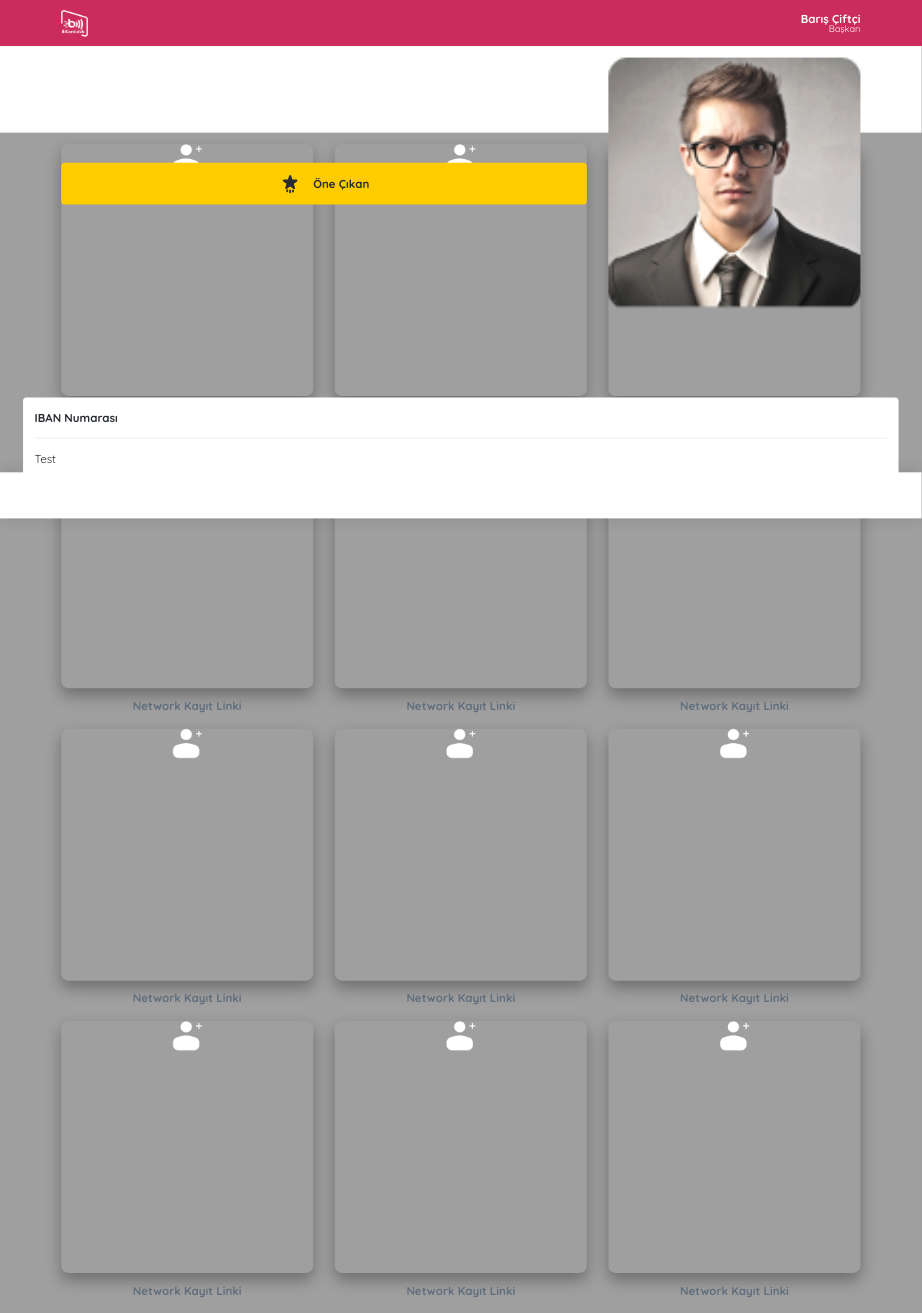
Repository: KayahanKahriman/bicard
Page: index.html
An editor plug-in stored every save of this project. The page is shown before and after the next save, followed by the edit.
The browser window is 1280 px wide. The pictures show the whole page, at 72% of full size.
After loading, the first visible `.icon-grid-item-icon > a` was clicked once.
The style sheet was rebuilt from its Sass, Less or Tailwind sources for each picture, by a compiler version that may differ from the author's.

Above is the page before, as saved 2021-12-01 17:14:04.

### index.html
<!doctype html>
<html>

<head>
    <meta name="viewport" content="width=device-width, initial-scale=1, maximum-scale=1, user-scalable=no">
    <meta charset="utf-8" />
    <title>Title</title>
    <link rel="preconnect" href="https://fonts.googleapis.com">
    <link rel="preconnect" href="https://fonts.gstatic.com" crossorigin>
    <link href="https://fonts.googleapis.com/css2?family=Quicksand:wght@400;500;700&display=swap" rel="stylesheet">
    <link href="./assets/css/style.css" type="text/css" rel="stylesheet" />
</head>

<body>
    <header id="app-bar">
        <div class="container h-100">
            <div class="row h-100 align-items-center justify-content-between">
                <div class="col-1">
                    <img src="./assets/images/logo.png" alt="">
                </div>
                <div class="col-11">
                    <div id="app-bar-right">
                        <p id="person-name">Barış Çiftçi</p>
                        <p id="person-title">Başkan</p>
                    </div>
                </div>
            </div>
        </div>
    </header>

    <section id="profile" class="py-3">
        <div class="container">
            <div class="row align-items-center justify-content-center text-center">
                <div class="col-8">
                    <a href="#" class="button jumbo-button button-has-icon"><img src="./assets/images/ranking.svg" alt="">Öne Çıkan</a>
                </div>
                <div class="col-4">
                    <img class="img-contain" src="./assets/images/avatar.png" alt="">
                </div>
            </div>
        </div>
    </section>

    <section id="icon-grid" class="py-3">
        <div class="container">
            <div class="row">
                <div class="col-4 mb-4">
                    <div class="icon-grid-item">
                        <div class="icon-grid-item-icon">
                            <a data-fancybox href="#test">
                                <img src="./assets/images/user-add.png" alt="">
                            </a>
                        </div>
                        <div class="icon-grid-item-title">
                            Network Kayıt Linki
                        </div>
                    </div>
                </div>
                <div class="col-4 mb-4">
                    <div class="icon-grid-item">
                        <div class="icon-grid-item-icon">
                            <a href="#">
                                <img src="./assets/images/user-add.png" alt="">
                            </a>
                        </div>
                        <div class="icon-grid-item-title">
                            Network Kayıt Linki
                        </div>
                    </div>
                </div>
                <div class="col-4 mb-4">
                    <div class="icon-grid-item">
                        <div class="icon-grid-item-icon">
                            <a href="#">
                                <img src="./assets/images/user-add.png" alt="">
                            </a>
                        </div>
                        <div class="icon-grid-item-title">
                            Network Kayıt Linki
                        </div>
                    </div>
                </div>
                <div class="col-4 mb-4">
                    <div class="icon-grid-item">
                        <div class="icon-grid-item-icon">
                            <a href="#">
                                <img src="./assets/images/user-add.png" alt="">
                            </a>
                        </div>
                        <div class="icon-grid-item-title">
                            Network Kayıt Linki
                        </div>
                    </div>
                </div>
                <div class="col-4 mb-4">
                    <div class="icon-grid-item">
                        <div class="icon-grid-item-icon">
                            <a href="#">
                                <img src="./assets/images/user-add.png" alt="">
                            </a>
                        </div>
                        <div class="icon-grid-item-title">
                            Network Kayıt Linki
                        </div>
                    </div>
                </div>
                <div class="col-4 mb-4">
                    <div class="icon-grid-item">
                        <div class="icon-grid-item-icon">
                            <a href="#">
                                <img src="./assets/images/user-add.png" alt="">
                            </a>
                        </div>
                        <div class="icon-grid-item-title">
                            Network Kayıt Linki
                        </div>
                    </div>
                </div>
                <div class="col-4 mb-4">
                    <div class="icon-grid-item">
                        <div class="icon-grid-item-icon">
                            <a href="#">
                                <img src="./assets/images/user-add.png" alt="">
                            </a>
                        </div>
                        <div class="icon-grid-item-title">
                            Network Kayıt Linki
                        </div>
                    </div>
                </div>
                <div class="col-4 mb-4">
                    <div class="icon-grid-item">
                        <div class="icon-grid-item-icon">
                            <a href="#">
                                <img src="./assets/images/user-add.png" alt="">
                            </a>
                        </div>
                        <div class="icon-grid-item-title">
                            Network Kayıt Linki
                        </div>
                    </div>
                </div>
                <div class="col-4 mb-4">
                    <div class="icon-grid-item">
                        <div class="icon-grid-item-icon">
                            <a href="#">
                                <img src="./assets/images/user-add.png" alt="">
                            </a>
                        </div>
                        <div class="icon-grid-item-title">
                            Network Kayıt Linki
                        </div>
                    </div>
                </div>
                <div class="col-4 mb-4">
                    <div class="icon-grid-item">
                        <div class="icon-grid-item-icon">
                            <a href="#">
                                <img src="./assets/images/user-add.png" alt="">
                            </a>
                        </div>
                        <div class="icon-grid-item-title">
                            Network Kayıt Linki
                        </div>
                    </div>
                </div>
                <div class="col-4 mb-4">
                    <div class="icon-grid-item">
                        <div class="icon-grid-item-icon">
                            <a href="#">
                                <img src="./assets/images/user-add.png" alt="">
                            </a>
                        </div>
                        <div class="icon-grid-item-title">
                            Network Kayıt Linki
                        </div>
                    </div>
                </div>
                <div class="col-4 mb-4">
                    <div class="icon-grid-item">
                        <div class="icon-grid-item-icon">
                            <a href="#">
                                <img src="./assets/images/user-add.png" alt="">
                            </a>
                        </div>
                        <div class="icon-grid-item-title">
                            Network Kayıt Linki
                        </div>
                    </div>
                </div>
            </div>
        </div>
    </section>

    <section id="fixed-buttons">
        <a class="button primary-button" href="#">Rehbere Ekle</a>
        <a class="button dark-button" href="#">Ben de İstiyorum!</a>
    </section>

    <section id="inline-content" class="hide-content">
        <div id="modal-title">
            <strong>IBAN Numarası</strong>
        </div>
        <div id="modal-content">
            Test
        </div>
    </section>

    <script src="https://unpkg.com/swiper/swiper-bundle.min.js"></script>
    <script type="text/javascript" src="assets/js/index.js"></script>
</body>

</html>

### assets/scss/style.scss
@import "main";

#app-bar {
  background-color: var(--primary-color);
  height: var(--app-bar-height);
  width: 100%;
  color: white;
  position: fixed;
  top: 0;
  left: 0;
  z-index: 3;

  #person-name,
  #person-title {
    line-height: 1;
    text-align: right;
    margin-bottom: 0;
  }

  #person-name {
    font-weight: 600;
  }

  #person-title {
    font-size: 0.8em;
  }
}

#profile {
  background-color: white;
  position: relative;
  top: var(--app-bar-height);
  position: sticky;
  width: 100%;
  height: var(--profile-height);
  border-bottom: 1px solid var(--border-color);
  z-index: 3;
}

#icon-grid {
  position: relative;
  top: var(--app-bar-height);
  height: calc(
    100vh - var(--app-bar-height) + var(--fixed-buttons-height) +
      var(--app-bar-height)
  );
}

#fixed-buttons {
  bottom: 0;
  left: 0;
  width: 100%;
  position: fixed;
  background-color: white;
  height: var(--fixed-buttons-height);
  z-index: 3;
  box-shadow: 0 0 20px #00000020;
  display: flex;
  align-items: center;
  justify-content: center;
  column-gap: 2em;
}

#inline-content {
  position: fixed;
  bottom: 0.5em;
  width: 95%;
  left: 50%;
  transform: translateX(-50%);
  border-radius: 5px;
  background-color: white;
  padding: 1em;
  height: 10em;
  z-index: 5;
  transition: all 0.3s ease-in-out;

  #modal-title {
    border-bottom: 1px solid var(--border-color);
    padding-bottom: 1em;
  }
  #modal-content {
    padding: 1em 0;
  }
}

/*------------------------------------*\
    RESPONSIVE
\*------------------------------------*/

@media only screen and (min-width: 320px) {
}

@media only screen and (min-width: 480px) {
}

@media only screen and (min-width: 768px) {
}

@media only screen and (min-width: 1024px) {
}

@media only screen and (min-width: 1140px) {
}

@media only screen and (min-width: 1280px) {
}

@media only screen and (-webkit-min-device-pixel-ratio: 1.5),
  only screen and (min-resolution: 144dpi) {
}

### assets/scss/_main.scss
@import "./flex-grid/flexgrid";
@import "vars";
@import "https://unpkg.com/swiper/swiper-bundle.min.css";

*,
*:after,
*:before {
  margin: 0;
  padding: 0;
  -webkit-font-smoothing: antialiased;
  text-rendering: optimizeLegibility;
}

.row-no-padding {
  margin-left: 0;
  margin-right: 0;

  [class*="col-"] {
    padding-left: 0 !important;
    padding-right: 0 !important;
  }
}

a {
  color: var(--link-color);
  text-decoration: none;
}

a:hover,
a:focus,
a:active {
  text-decoration: none;
  outline: none;
}

html,
body {
  height: 100%;
  min-height: 100%;
}

body {
  font-size: 16px;
  color: var(--text-color);
  font-family: var(--primary-font);
  font-weight: 400;
}

.button {
  border-radius: 5px;
  padding: 0.5em 0.6em;
  font-weight: 600;
  transition: all 0.3s ease-in-out;

  &:hover {
    color: var(--text-color);
  }
}

.primary-button {
  background-color: var(--primary-color);
  color: white;
  transition: all 0.3s ease-in-out;

  &:hover {
    background-color: var(--primary-font);
  }
}

.dark-button {
  background: var(--dark-color);
  color: white;
  transition: all 0.3s ease-in-out;

  &:hover {
    background-color: white;
  }
}

.jumbo-button {
  background-color: var(--secondary-color);
  font-weight: 600;
  padding: 0.8em 2em;

  &:hover {
    background-color: var(--darker-secondary-color);
  }
}

.button-has-icon {
  display: flex;
  align-items: center;
  justify-content: center;
  column-gap: 1em;

  img,
  svg {
    width: 2em;
    height: 2em;
    object-position: center;
    object-fit: contain;
  }
}

.img-contain {
  width: 100%;
  height: 100%;
  object-fit: contain;
  object-position: center center;
}

.icon-grid-item {
  display: flex;
  flex-direction: column;
  text-align: center;
  font-weight: 600;
  gap: 1em;

  .icon-grid-item-icon {
    border-radius: 10px;
    box-shadow: 0 10px 20px #00000050;
    width: 100%;
    display: flex;
    justify-content: center;
    align-items: center;
    aspect-ratio: 1 / 1;
    a {
      display: block;
      width: 100%;
      height: 100%;
      position: absolute;
      top: 0;
      left: 0;
    }
  }

  .icon-grid-item-title {
    line-height: 1;
    color: var(--alt-text-color);
  }
}

.hide-content {
  background-color: red !important;
  transform: translateX(-50%) translate3d(0, 20em, 0) !important;
}

.body-overlay {
  overflow: hidden;
  position: fixed;
  top: 0;
  left: 0;
  width: 100%;
  height: 100%;
  content: "";
  width: 100%;
  height: 100%;
  position: absolute;
  top: 0;
  left: 0;
  z-index: 4;
  background: #00000060;
}

### assets/scss/flex-grid/_flexgrid.scss
@import "functions";
@import "variables";
@import "mixins";
@import "reboot";
@import "utilities";
@import "grid";

### assets/scss/flex-grid/_mixins.scss
// Toggles
//
// Used in conjunction with global variables to enable certain theme features.

// Vendor
@import "vendor/rfs";


// Utilities
@import "mixins/breakpoints";
@import "mixins/image";
@import "mixins/hover";
@import "mixins/deprecate";
@import "mixins/text-hide";
@import "mixins/text-truncate";
@import "mixins/text-emphasis";
@import "mixins/size";


// // Layout
@import "mixins/clearfix";
@import "mixins/grid-framework";
@import "mixins/grid";
@import "mixins/float";

### assets/scss/flex-grid/mixins/_image.scss
// Image Mixins
// - Responsive image
// - Retina image


// Responsive image
//
// Keep images from scaling beyond the width of their parents.

@mixin img-fluid {
  // Part 1: Set a maximum relative to the parent
  max-width: 100%;
  // Part 2: Override the height to auto, otherwise images will be stretched
  // when setting a width and height attribute on the img element.
  height: auto;
}


// Retina image
//
// Short retina mixin for setting background-image and -size.

@mixin img-retina($file-1x, $file-2x, $width-1x, $height-1x) {
  background-image: url($file-1x);

  // Autoprefixer takes care of adding -webkit-min-device-pixel-ratio and -o-min-device-pixel-ratio,
  // but doesn't convert dppx=>dpi.
  // There's no such thing as unprefixed min-device-pixel-ratio since it's nonstandard.
  // Compatibility info: https://caniuse.com/#feat=css-media-resolution
  @media only screen and (min-resolution: 192dpi), // IE9-11 don't support dppx
    only screen and (min-resolution: 2dppx) { // Standardized
    background-image: url($file-2x);
    background-size: $width-1x $height-1x;
  }
  @include deprecate("`img-retina()`", "v4.3.0", "v5");
}

### assets/scss/flex-grid/mixins/_hover.scss
// Hover mixin and `$enable-hover-media-query` are deprecated.
//
// Originally added during our alphas and maintained during betas, this mixin was
// designed to prevent `:hover` stickiness on iOS-an issue where hover styles
// would persist after initial touch.
//
// For backward compatibility, we've kept these mixins and updated them to
// always return their regular pseudo-classes instead of a shimmed media query.
//
// Issue: https://github.com/twbs/bootstrap/issues/25195

@mixin hover {
  &:hover { @content; }
}

@mixin hover-focus {
  &:hover,
  &:focus {
    @content;
  }
}

@mixin plain-hover-focus {
  &,
  &:hover,
  &:focus {
    @content;
  }
}

@mixin hover-focus-active {
  &:hover,
  &:focus,
  &:active {
    @content;
  }
}

### assets/scss/flex-grid/mixins/_grid-framework.scss
// Framework grid generation
//
// Used only by Bootstrap to generate the correct number of grid classes given
// any value of `$grid-columns`.

@mixin make-grid-columns($columns: $grid-columns, $gutter: $grid-gutter-width, $breakpoints: $grid-breakpoints) {
  // Common properties for all breakpoints
  %grid-column {
    position: relative;
    width: 100%;
    padding-right: $gutter / 2;
    padding-left: $gutter / 2;
  }

  @each $breakpoint in map-keys($breakpoints) {
    $infix: breakpoint-infix($breakpoint, $breakpoints);

    // Allow columns to stretch full width below their breakpoints
    @for $i from 1 through $columns {
      .col#{$infix}-#{$i} {
        @extend %grid-column;
      }
    }
    .col#{$infix},
    .col#{$infix}-auto {
      @extend %grid-column;
    }

    @include media-breakpoint-up($breakpoint, $breakpoints) {
      // Provide basic `.col-{bp}` classes for equal-width flexbox columns
      .col#{$infix} {
        flex-basis: 0;
        flex-grow: 1;
        max-width: 100%;
      }
      .col#{$infix}-auto {
        flex: 0 0 auto;
        width: auto;
        max-width: 100%; // Reset earlier grid tiers
      }

      @for $i from 1 through $columns {
        .col#{$infix}-#{$i} {
          @include make-col($i, $columns);
        }
      }

      .order#{$infix}-first { order: -1; }

      .order#{$infix}-last { order: $columns + 1; }

      @for $i from 0 through $columns {
        .order#{$infix}-#{$i} { order: $i; }
      }

      // `$columns - 1` because offsetting by the width of an entire row isn't possible
      @for $i from 0 through ($columns - 1) {
        @if not ($infix == "" and $i == 0) { // Avoid emitting useless .offset-0
          .offset#{$infix}-#{$i} {
            @include make-col-offset($i, $columns);
          }
        }
      }
    }
  }
}

### assets/scss/flex-grid/mixins/_grid.scss
/// Grid system
//
// Generate semantic grid columns with these mixins.

@mixin make-container($gutter: $grid-gutter-width) {
  width: 100%;
  padding-right: $gutter / 2;
  padding-left: $gutter / 2;
  margin-right: auto;
  margin-left: auto;
}


// For each breakpoint, define the maximum width of the container in a media query
@mixin make-container-max-widths($max-widths: $container-max-widths, $breakpoints: $grid-breakpoints) {
  @each $breakpoint, $container-max-width in $max-widths {
    @include media-breakpoint-up($breakpoint, $breakpoints) {
      max-width: $container-max-width;
    }
  }
}

@mixin make-row($gutter: $grid-gutter-width) {
  display: flex;
  flex-wrap: wrap;
  margin-right: -$gutter / 2;
  margin-left: -$gutter / 2;
}

@mixin make-col-ready($gutter: $grid-gutter-width) {
  position: relative;
  // Prevent columns from becoming too narrow when at smaller grid tiers by
  // always setting `width: 100%;`. This works because we use `flex` values
  // later on to override this initial width.
  width: 100%;
  padding-right: $gutter / 2;
  padding-left: $gutter / 2;
}

@mixin make-col($size, $columns: $grid-columns) {
  flex: 0 0 percentage($size / $columns);
  // Add a `max-width` to ensure content within each column does not blow out
  // the width of the column. Applies to IE10+ and Firefox. Chrome and Safari
  // do not appear to require this.
  max-width: percentage($size / $columns);
}

@mixin make-col-offset($size, $columns: $grid-columns) {
  $num: $size / $columns;
  margin-left: if($num == 0, 0, percentage($num));
}

### assets/scss/flex-grid/_utilities.scss
@import "utilities/align";
@import "utilities/clearfix";
@import "utilities/display";
@import "utilities/flex";
@import "utilities/float";
@import "utilities/position";
@import "utilities/text";
@import "utilities/spacing";
@import "utilities/sizing";

### assets/scss/flex-grid/utilities/_text.scss
// stylelint-disable declaration-no-important

//
// Text
//

.text-monospace { font-family: $font-family-monospace !important; }

// Alignment

.text-justify  { text-align: justify !important; }
.text-wrap     { white-space: normal !important; }
.text-nowrap   { white-space: nowrap !important; }
.text-truncate { @include text-truncate; }

// Responsive alignment

@each $breakpoint in map-keys($grid-breakpoints) {
  @include media-breakpoint-up($breakpoint) {
    $infix: breakpoint-infix($breakpoint, $grid-breakpoints);

    .text#{$infix}-left   { text-align: left !important; }
    .text#{$infix}-right  { text-align: right !important; }
    .text#{$infix}-center { text-align: center !important; }
  }
}

// Transformation

.text-lowercase  { text-transform: lowercase !important; }
.text-uppercase  { text-transform: uppercase !important; }
.text-capitalize { text-transform: capitalize !important; }

// Weight and italics

.font-weight-light   { font-weight: $font-weight-light !important; }
.font-weight-lighter { font-weight: $font-weight-lighter !important; }
.font-weight-normal  { font-weight: $font-weight-normal !important; }
.font-weight-bold    { font-weight: $font-weight-bold !important; }
.font-weight-bolder  { font-weight: $font-weight-bolder !important; }
.font-italic         { font-style: italic !important; }

// Contextual colors

.text-white { color: $white !important; }

@each $color, $value in $theme-colors {
  @include text-emphasis-variant(".text-#{$color}", $value);
}

.text-body { color: $body-color !important; }
.text-muted { color: $text-muted !important; }

.text-black-50 { color: rgba($black, .5) !important; }
.text-white-50 { color: rgba($white, .5) !important; }

// Misc

.text-hide {
  @include text-hide($ignore-warning: true);
}

.text-decoration-none { text-decoration: none !important; }

.text-break {
  word-break: break-word !important; // IE & < Edge 18
  overflow-wrap: break-word !important;
}

// Reset

.text-reset { color: inherit !important; }

### assets/scss/flex-grid/_grid.scss
// Container widths
//
// Set the container width, and override it for fixed navbars in media queries.

@if $enable-grid-classes {
  .container {
    @include make-container();
    @include make-container-max-widths();
  }
}

// Fluid container
//
// Utilizes the mixin meant for fixed width containers, but with 100% width for
// fluid, full width layouts.

@if $enable-grid-classes {
  .container-fluid {
    @include make-container();
  }
}

// Row
//
// Rows contain and clear the floats of your columns.

@if $enable-grid-classes {
  .row {
    @include make-row();
  }

  // Remove the negative margin from default .row, then the horizontal padding
  // from all immediate children columns (to prevent runaway style inheritance).
  .no-gutters {
    margin-right: 0;
    margin-left: 0;

    > .col,
    > [class*="col-"] {
      padding-right: 0;
      padding-left: 0;
    }
  }
}

// Columns
//
// Common styles for small and large grid columns

@if $enable-grid-classes {
  @include make-grid-columns();
}

### assets/scss/_vars.scss
:root {
  // Fonts
  --quicksand: "Quicksand", sans-serif;
  --primary-font: var(--quicksand);

  // Colors
  --primary-color: #cc2b5e;
  --darker-primary-color: #b12451;
  --secondary-color: #ffcc00;
  --darker-secondary-color: #d4aa00;
  --text-color: #292d32;
  --link-color: #292d32;
  --alt-text-color: #616e7d;
  --border-color: #eaeaea;
  --dark-color: #616e7d;

  // Sizes
  --app-bar-height: 4em;
  --profile-height: 7.5em;
  --fixed-buttons-height: 4em;
}

Loaded but not shown: assets/scss/flex-grid/vendor/_rfs.scss (common file); assets/scss/flex-grid/mixins/_deprecate.scss (common file); assets/scss/flex-grid/mixins/_text-hide.scss (common file); assets/scss/flex-grid/mixins/_text-truncate.scss (common file); assets/scss/flex-grid/mixins/_text-emphasis.scss (common file); assets/scss/flex-grid/mixins/_size.scss (common file); assets/scss/flex-grid/mixins/_clearfix.scss (common file); assets/scss/flex-grid/mixins/_float.scss (common file); assets/scss/flex-grid/utilities/_align.scss (common file); assets/scss/flex-grid/utilities/_clearfix.scss (common file); assets/scss/flex-grid/utilities/_display.scss (common file); assets/scss/flex-grid/utilities/_float.scss (common file); assets/scss/flex-grid/utilities/_position.scss (common file); assets/scss/flex-grid/utilities/_sizing.scss (common file); assets/js/index.js (20 lines, source omitted); assets/scss/flex-grid/_variables.scss (1123 lines, source omitted); assets/scss/flex-grid/_reboot.scss (483 lines, source omitted); assets/scss/flex-grid/mixins/_breakpoints.scss (123 lines, source omitted); assets/scss/flex-grid/utilities/_flex.scss (51 lines, source omitted); assets/scss/flex-grid/_functions.scss (86 lines, source omitted); assets/scss/flex-grid/utilities/_spacing.scss (73 lines, source omitted)

After the next save:
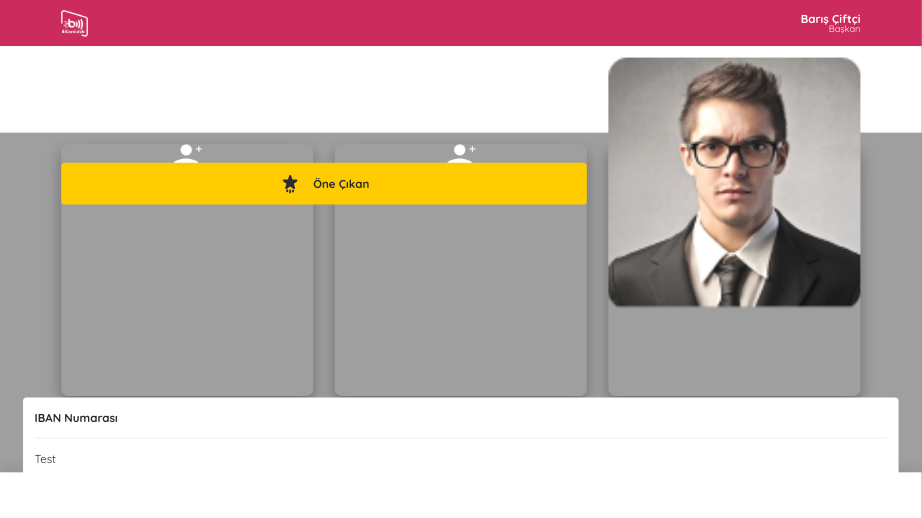
Saved 11 s later.
--- a/assets/scss/_main.scss
+++ b/assets/scss/_main.scss
@@ -152,12 +152,6 @@ body {
   left: 0;
   width: 100%;
   height: 100%;
-  content: "";
-  width: 100%;
-  height: 100%;
-  position: absolute;
-  top: 0;
-  left: 0;
   z-index: 4;
   background: #00000060;
 }
